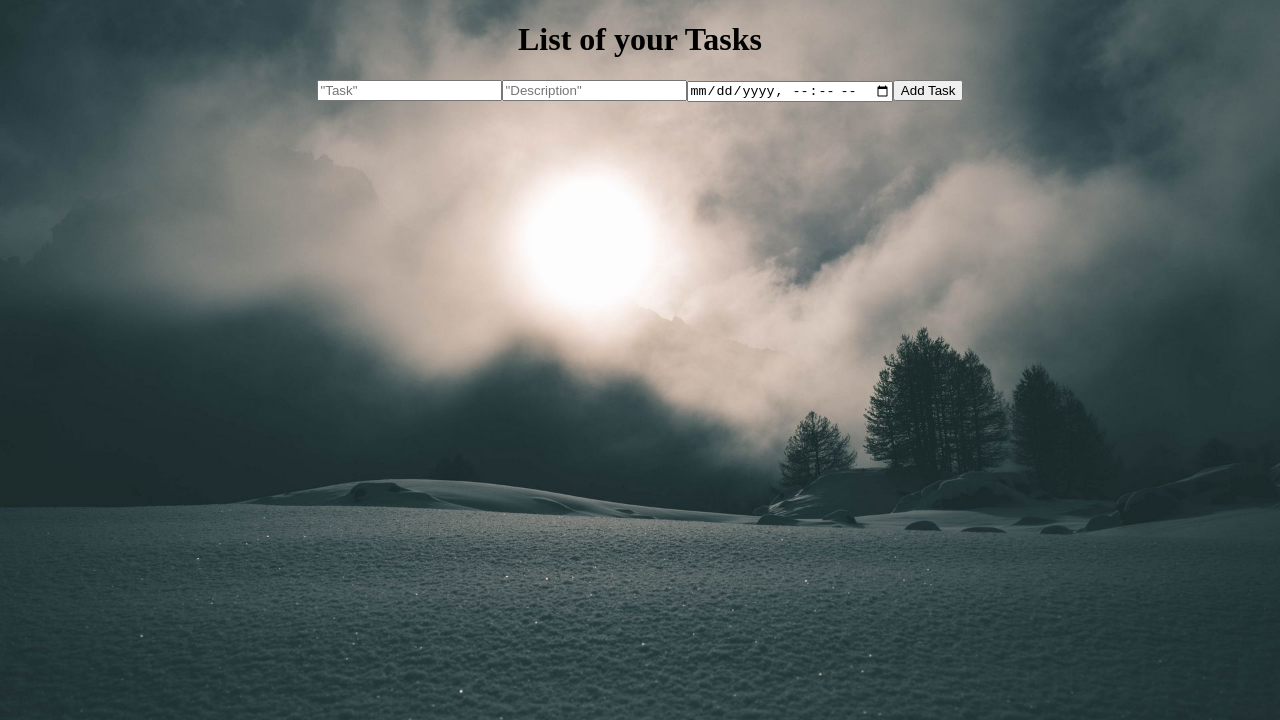
Repository: katjalmarko/React-Developer-Assignment
Page: /
An editor plug-in stored every save of this project. The page is shown before and after the next save, followed by the edit.
The browser window is 1280 px wide. The pictures show the whole page.
The project was rebuilt for these pictures with package versions that can differ from the ones it lists, and the page was loaded fresh each time.

Above is the page before, as saved 2023-03-09 15:07:21.

### public/index.html
<!DOCTYPE html>
<html lang="en">
  <head>
    <meta charset="utf-8" />
    <link rel="icon" href="%PUBLIC_URL%/favicon.ico" />
    <meta name="viewport" content="width=device-width, initial-scale=1" />
    <meta name="theme-color" content="#000000" />
    <meta
      name="description"
      content="Web site created using create-react-app"
    />
    <link rel="apple-touch-icon" href="%PUBLIC_URL%/logo192.png" />
    <link rel="manifest" href="%PUBLIC_URL%/manifest.json" />
    <title>Assignment - (Katjal M.)</title>
  </head>
  <body>
    <div id="root"></div>
  </body>
</html>

### src/App.tsx
import React from 'react'
import { useState } from 'react';
import './App.css'

interface Todo {
  id: number,
  title: string,
  description: string,
  date: Date,
  completion: boolean,
}

const App = () => {

  const [newTitle, setNewTitle] = useState("")
  const [newDescription, setNewDescription] = useState("")
  const [newDate, setNewDate] = useState("")
  const [toDoList, setToDoList] = useState<Todo[]>([])


  const handleTitle = (e: React.ChangeEvent<HTMLInputElement>) => {
    setNewTitle(e.target.value)
  }

  const handleDescription = (e: React.ChangeEvent<HTMLInputElement>) => {
    setNewDescription(e.target.value)
  }

  const handleDate = (e: React.ChangeEvent<HTMLInputElement>) => {
    setNewDate(e.target.value)
  }

  const addTask = () => {
    const newToDo: Todo = {
      id: toDoList.length === 0 ? 1 : toDoList[toDoList.length - 1].id + 1,
      title: newTitle,
      description: newDescription,
      date: new Date(newDate),
      completion: false,
    };
    setToDoList([...toDoList, newToDo]);
    setNewTitle("");
    setNewDescription("");
    setNewDate("");
  }

  const confirmTask = (e: React.FormEvent<HTMLFormElement>) => {
    e.preventDefault();
  }

  const deleteTask = (id: number) => {
    const filteredToDos = toDoList.filter((task) => task.id !== id)
    setToDoList(filteredToDos)
  }

  const completeTask = (id: number) => {
    const completedToDos = toDoList.map((task) => {
      if (task.id === id) {
        task.completion = !task.completion
      }
      return task;
    })
    setToDoList(completedToDos)
  }

  return (
    <div className='App'>

      <h1>List of your Tasks</h1>

      <form onSubmit={confirmTask}>
      <input type="text"
             value={newTitle}
             placeholder='"Task"'
             onChange={handleTitle}
             />
      <input type="text"
             value={newDescription}
             placeholder='"Description"'
             onChange={handleDescription}
             />
      <input type="datetime-local"
             value={newDate}
             placeholder={"Set Date"}
             onChange={handleDate}
             />
      <button onClick={addTask}>
        Add Task
      </button>
      </form>

      <div>

        {toDoList.map((task) => {
          return (
            <div className={`task ${task.completion ? "completed" : ""}`}>
              <h1>{task.title}</h1>
              <p>{task.description}</p>
              <p>{task.date.toLocaleString()}</p>
              <button onClick={() => deleteTask(task.id)}>
                X
              </button>
              <button onClick={() => completeTask(task.id)}>
                Completed
              </button>
            </div>
        )})}

      </div>
    </div>
  );
}

export default App

### src/App.css
body {
  background-image: url(./images/bckgrnd.jpg);
  background-size: cover;
  background-attachment: fixed;
}

.App {
  text-align: center;
}

.App-logo {
  height: 40vmin;
  pointer-events: none;
}

@media (prefers-reduced-motion: no-preference) {
  .App-logo {
    animation: App-logo-spin infinite 20s linear;
  }
}

.App-header {
  background-color: #282c34;
  min-height: 100vh;
  display: flex;
  flex-direction: column;
  align-items: center;
  justify-content: center;
  font-size: calc(10px + 2vmin);
  color: white;
}

.App-link {
  color: #61dafb;
}

@keyframes App-logo-spin {
  from {
    transform: rotate(0deg);
  }
  to {
    transform: rotate(360deg);
  }
}

.task.completed {
  color: green;
}

Loaded but not shown: src/index.tsx (common file)

After the next save:
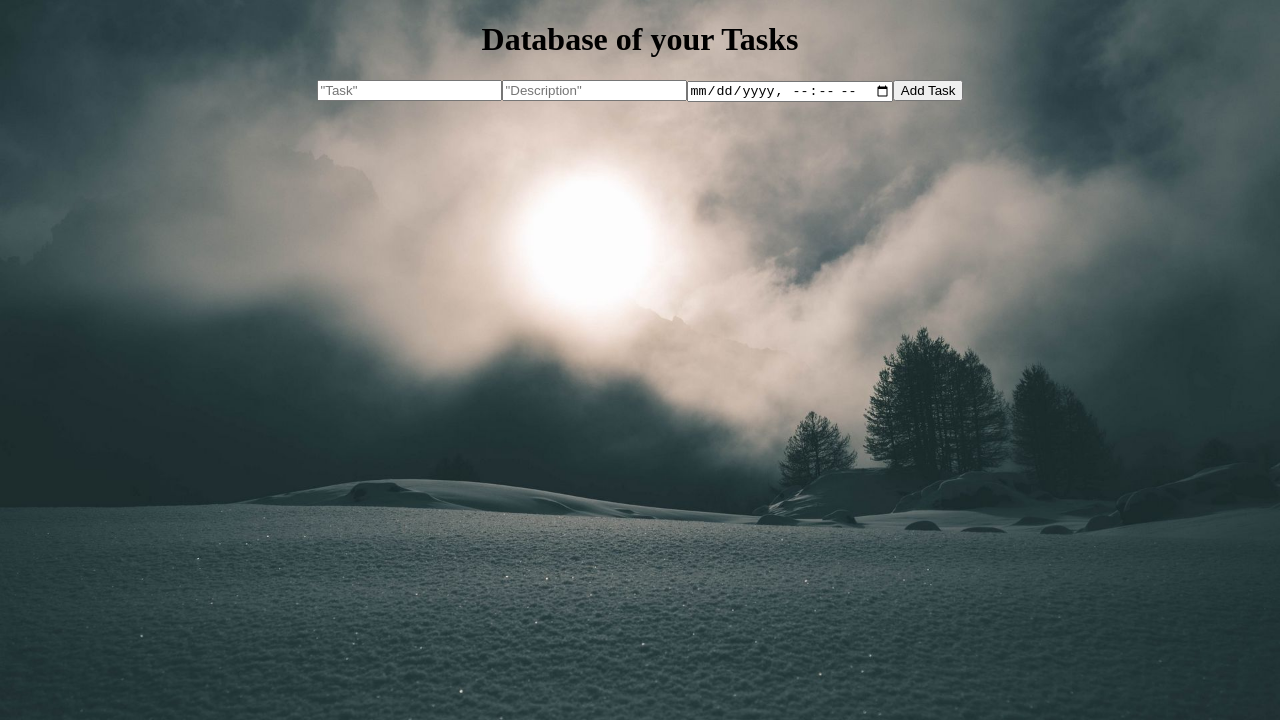
Saved 39 s later.
--- a/src/App.tsx
+++ b/src/App.tsx
@@ -66,7 +66,7 @@ const App = () => {
   return (
     <div className='App'>
 
-      <h1>List of your Tasks</h1>
+      <h1>Database of your Tasks</h1>
 
       <form onSubmit={confirmTask}>
       <input type="text"
